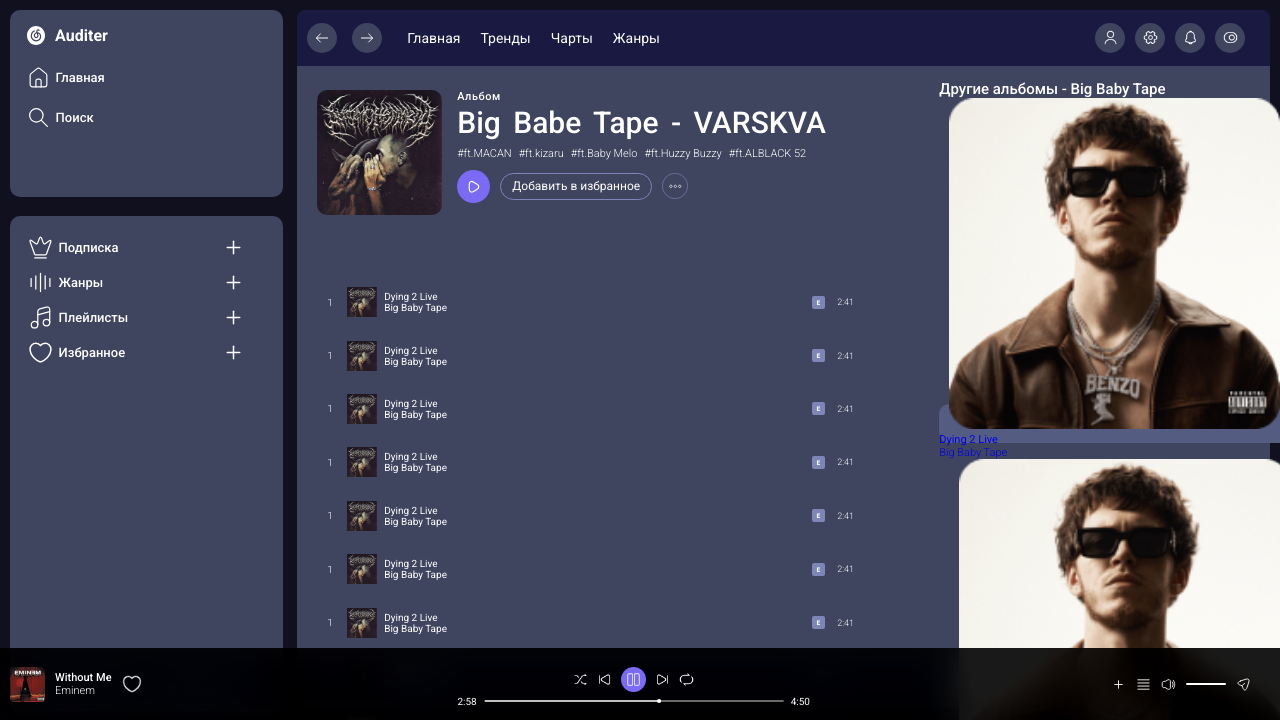
Repository: MaksimKrupkin/music_app
Page: /tracklist
The author's editor kept a copy of each file at every save. The page is drawn from the files as they stood at one save, then again after the next save.
The browser window is 1280 px wide. The pictures show the whole page.
The project was rebuilt for these pictures with package versions that can differ from the ones it lists, and the page was loaded fresh each time. Also part of the build but not shown: vite.config.ts, src/Pages/MainPage_demo/MainPage_demo.module.scss, src/Components/MainScreenDemo/MainScreenDemo.module.scss, src/Components/MainScreenHeaderDemo/MainScreenHeaderDemo.module.scss, src/Components/MainScreenHeaderDemo/MainScreenHeaderDemo.tsx, src/Components/MainScreenDemo/Charts/Charts.module.scss, src/Components/MainScreenDemo/Charts/Charts.tsx, src/Components/Card/Card.module.scss and 11 more.

Above is the page before, as saved 2024-02-26 12:23:26.

### index.html
<!DOCTYPE html>
<html lang="en">
  <head>
    <link rel="preconnect" href="https://fonts.googleapis.com" />
    <link rel="preconnect" href="https://fonts.gstatic.com" crossorigin />
    <link
      href="https://fonts.googleapis.com/css2?family=Roboto:ital,wght@0,100;0,300;0,400;0,500;0,700;0,900;1,100;1,300;1,400;1,500;1,700;1,900&display=swap"
      rel="stylesheet" />

    <meta charset="UTF-8" />
    <link rel="icon" type="image/svg+xml" href="/vite.svg" />
    <meta name="viewport" content="width=device-width, initial-scale=1.0" />
    <title>Auditer</title>
  </head>
  <body>
    <div id="root"></div>
    <script type="module" src="/src/main.tsx"></script>
  </body>
</html>

### src/App.tsx
import React from 'react';
import './App.scss';
import MainPage_demo from './Pages/MainPage_demo/MainPage_demo';
import Login from './Pages/Login/Login';
import { BrowserRouter, Routes, Route } from 'react-router-dom';
import Registration from './Pages/Registration/Registration';
import MainPage from './Pages/MainPage/MainPage';
import TrackList from './Pages/TrackList/TrackList';

function App() {
  return (
    <BrowserRouter>
      <Routes>
        <Route path="/user" element={<MainPage_demo />} />
        <Route path="/" element={<MainPage />} />
        <Route path="/tracklist" element={<TrackList />} />
        <Route path="/login" element={<Login />} />
        <Route path="/registration" element={<Registration />} />
      </Routes>
    </BrowserRouter>
  );
}

export default App;

### src/App.scss
* {
  margin: 0;
  padding: 0;
  border: 0;
  vertical-align: baseline;
  font-family: 'Roboto', sans-serif;
}
a,
a:link,
a:visited {
  text-decoration: none;
}
input:focus,
input:active,
button:focus,
button:active {
  outline: none;
}
#root {
  overflow-y: auto;
}

### src/Pages/TrackList/TrackList.tsx
import React from 'react';
import styles from './TrackList.module.scss';
import HigherSidebar from '../../Components/HigherSidebar/HigherSidebar';
import LowerSidebar from '../../Components/LowerSidebar/LowerSidebar';
import MainScreen from '../../Components/MainScreen/MainScreen';
import Playbar from '../../Components/Playbar/Playbar';
import TrackListScreen from '../../Components/TrackListScreen/TrackListScreen';

export default function TrackList() {
  return (
    <div className={styles.app_wrapper}>
      <div className={styles.wrapper}>
        <HigherSidebar />
        <LowerSidebar />
        <TrackListScreen />
        <Playbar />
      </div>
    </div>
  );
}

### src/Components/HigherSidebar/HigherSidebar.tsx
import React from 'react';
import styles from './HigherSidebar.module.scss';
import logo from '../../assets/img/logo.svg';
import home from '../../assets/img/home.svg';
import search from '../../assets/img/Search.svg';

export default function HigherSidebar() {
  return (
    <aside className={styles.higherSidebar}>
      <div className={styles.logo_wrapper}>
        <img className={styles.logo} src={logo} alt="Лого" />
        <strong className={styles.logo_text}>Auditer</strong>
      </div>
      <a className={styles.link_wrapper}>
        <img className={styles.img} src={home} alt="" />
        <span className={styles.text}>Главная</span>
      </a>
      <a className={styles.link_wrapper}>
        <img className={styles.img} src={search} alt="" />
        <span className={styles.text}>Поиск</span>
      </a>
    </aside>
  );
}

### src/Components/LowerSidebar/LowerSidebar.tsx
import React from 'react';
import styles from './LowerSidebar.module.scss';
import subscribe from '../../assets/img/subscribe.svg';
import plus from '../../assets/img/add.svg';
import genres from '../../assets/img/genres.svg';
import cookie from '../../assets/img/cookie.svg';
import language from '../../assets/img/language.svg';
import playlists from '../../assets/img/playlists.svg';
import favorites from '../../assets/img/favorite.svg';

export default function LowerSidebar() {
  return (
    <aside className={styles.lowerSidebar}>
      <div className={styles.link_wrapper}>
        <img className={styles.img} src={subscribe} alt="" />
        <span className={styles.text}>Подписка</span>
        <div className={styles.plus_wrapper}>
          <img className={styles.plus} src={plus} alt="" />
        </div>
      </div>
      <div className={styles.link_wrapper}>
        <img className={styles.img} src={genres} alt="" />
        <span className={styles.text}>Жанры</span>
        <div className={styles.plus_wrapper}>
          <img className={styles.plus} src={plus} alt="" />
        </div>
      </div>
      <div className={styles.link_wrapper}>
        <img className={styles.img} src={playlists} alt="" />
        <span className={styles.text}>Плейлисты</span>
        <div className={styles.plus_wrapper}>
          <img className={styles.plus} src={plus} alt="" />
        </div>
      </div>
      <div className={styles.link_wrapper}>
        <img className={styles.img} src={favorites} alt="" />
        <span className={styles.text}>Избранное</span>
        <div className={styles.plus_wrapper}>
          <img className={styles.plus} src={plus} alt="" />
        </div>
      </div>
      <div className={styles.bottom_elements}>
        <div className={styles.cookies_wrapper}>
          <img className={styles.img} src={cookie} alt="" />
          <span className={styles.text}>Файлы cookie</span>
        </div>
        <div className={styles.language_wrapper}>
          <img className={styles.img} src={language} alt="" />
          <span className={styles.text}>Русский</span>
        </div>
      </div>
    </aside>
  );
}

### src/Components/Playbar/Playbar.tsx
import React from 'react';
import styles from './Playbar.module.scss';
import cover from '../../assets/img/cover.png';
import like from '../../assets/img/like.png';
import mix from '../../assets/img/mix.png';
import prev from '../../assets/img/prev.png';
import pause from '../../assets/img/pause.png';
import next from '../../assets/img/next.png';
import repeat from '../../assets/img/repeat.png';
import trackLine from '../../assets/img/trackLine.svg';
import add from '../../assets/img/add.svg';
import text from '../../assets/img/text.svg';
import volume from '../../assets/img/volume.svg';
import volumeBar from '../../assets/img/volumeBar.svg';
import send from '../../assets/img/send.svg';

export default function Playbar() {
  return (
    <div className={styles.wrapper}>
      <div className={styles.left_wrapper}>
        <img className={styles.image} src={cover} alt="" />
        <div className={styles.info}>
          <div className={styles.title}>Without Me</div>
          <div className={styles.author}>Eminem</div>
        </div>
        <img className={styles.like} src={like} alt="" />
      </div>
      <div className={styles.center_wrapper}>
        <div className={styles.top}>
          <img className={styles.image} src={mix} alt="" />
          <img className={styles.image} src={prev} alt="" />
          <img className={styles.image} src={pause} alt="" />
          <img className={styles.image} src={next} alt="" />
          <img className={styles.image} src={repeat} alt="" />
        </div>
        <div className={styles.bottom}>
          <span className={styles.time}>2:58</span>
          <img className={styles.trackLine} src={trackLine} alt="" />
          <span className={styles.time}>4:50</span>
        </div>
      </div>
      <div className={styles.right_wrapper}>
        <img className={styles.image} src={add} alt="" />
        <img className={styles.image} src={text} alt="" />
        <img className={styles.image} src={volume} alt="" />
        <img className={styles.volumeBar} src={volumeBar} alt="" />
        <img className={styles.image} src={send} alt="" />
      </div>
    </div>
  );
}

### src/Pages/TrackList/TrackList.module.scss
.app_wrapper {
  background-color: #10101e;
  height: 100vh; /* Растягиваем контейнер на всю высоту окна */
  overflow-y: auto;
}

.wrapper {
  box-sizing: border-box;
  width: 100vw;
  min-height: 100vh; /* Минимальная высота равна высоте видимой области окна браузера */
  background-color: #10101e;
  color: white;
  overflow-y: auto;
  overflow-y: auto;
}

### src/Components/TrackListScreen/TrackListScreen.tsx
import React from 'react';
import styles from './TrackListScreen.module.scss';
import MainScreenHeader from '../MainScreenHeader/MainScreenHeader';
import albom from '../../assets/img/albom4.jpg';
import play from '../../assets/img/play.svg';
import elseImg from '../../assets/img/else.svg';
import Track from './Track/Track';
import Cards from '../../Components/Cards/Cards';

export default function TrackListScreen() {
  return (
    <main className={styles.main}>
      <MainScreenHeader />
      <div className={styles.left_wrapper}>
        <div className={styles.top}>
          <img className={styles.cover} src={albom} alt="" />
          <span className={styles.type}>Альбом</span>
          <strong className={styles.info}>Big Babe Tape - VARSKVA</strong>
          <div className={styles.fits}>
            <span className={styles.fit_author}>#ft.MACAN</span>
            <span className={styles.fit_author}>#ft.kizaru</span>
            <span className={styles.fit_author}>#ft.Baby Melo</span>
            <span className={styles.fit_author}>#ft.Huzzy Buzzy</span>
            <span className={styles.fit_author}>#ft.ALBLACK 52</span>
          </div>
          <div className={styles.buttons}>
            <img className={styles.play_image} src={play} alt="" />
            <div className={styles.toFavorite_wrapper}>
              <div className={styles.toFavorite}>Добавить в избранное</div>
            </div>
            <img className={styles.elseImg} src={elseImg} alt="" />
          </div>
        </div>
        <div className={styles.trackList_wrapper}>
          <Track />
          <Track />
          <Track />
          <Track />
          <Track />
          <Track />
          <Track />
          <Track />
          <Track />
        </div>
      </div>

      <div className={styles.right_wrapper}>
        <h2 className={styles.title}>Другие альбомы - Big Baby Tape</h2>
        <div className={styles.cards_wrapper}>
          <Cards />
          <Cards />
          <Cards />
          <Cards />

          <div className={styles.button_wrapper}>
            <div className={styles.button}>Смотреть всё</div>
          </div>
        </div>
      </div>
    </main>
  );
}

### src/Components/HigherSidebar/HigherSidebar.module.scss
.higherSidebar {
  position: fixed;
  top: 0;
  box-sizing: border-box;
  display: flex;
  flex-direction: column;
  align-items: start;
  gap: 15px;
  width: 21.3%;
  height: 26%;
  margin: 10px;
  border-radius: 10px;
  background-color: #3f445f;
  padding-top: 16px;
  padding-left: 18.6px;
}

.logo_wrapper {
  box-sizing: border-box;
  margin-left: -2px;
  display: flex;
  flex-direction: row;
  justify-content: space-between;
  gap: 5px;
  align-items: center;
  width: 32%;
  margin-bottom: 5px;
}
.logo {
  width: 18.63px;
  height: 18.63px;
}
.logo_text {
  color: #fff;
  font-size: 16px;
  font-style: normal;
  font-weight: 600;
  line-height: normal;
}
.link_wrapper {
  margin-left: -3px;
  display: flex;
  align-items: center;
  gap: 5px;
  cursor: pointer;
  .img {
    width: 25px;
    height: 25px;
  }
  .text {
    font-size: 13px;
    font-weight: 500;
    transition: all 0.2s ease-in;
  }
  .text:hover {
    color: rgb(205, 205, 226);
  }
}

### src/Components/LowerSidebar/LowerSidebar.module.scss
.lowerSidebar {
  position: fixed;
  top: 30%;
  box-sizing: border-box;
  display: flex;
  flex-direction: column;
  align-items: space-between;
  gap: 5px;
  width: 21.3%;
  height: 69%;
  margin: 10px;
  margin-top: 0;
  border-radius: 10px;
  background-color: #3f445f;
  padding-top: 16px;
  padding-left: 20.6px;
  padding-right: 18.6px;
}
.link_wrapper {
  margin-left: -3px;
  display: flex;
  align-items: center;
  gap: 5px;
  cursor: pointer;
  .img {
    width: 25px;
    height: 25px;
  }
  .text {
    font-size: 13px;
    font-weight: 500;
    transition: all 0.2s ease-in;
    width: 155px;
    margin-left: 1px;
  }
  .text:hover {
    color: rgb(205, 205, 226);
  }
  .plus_wrapper {
    display: flex;
    align-items: center;
    justify-content: center;
    width: 30px;
    height: 30px;
    border-radius: 50%;
    transition: all 0.2s ease-in-out;
    .plus {
      margin: 0;
      padding: 0;
      width: 25px;
      height: 25px;
      border-radius: 50%;
    }
  }
  .plus_wrapper:hover {
    background-color: #484d69;
  }
}

.bottom_elements {
  position: inherit;
  bottom: 15px;
  left: 25px;
  display: flex;
  align-items: center;
  gap: 20px;
  .cookies_wrapper {
    border: 1.5px solid #7d86b6;
    border-radius: 25px;
    padding: 5px;
    width: 100px;
    height: 20px;
    display: flex;
    justify-content: center;
    gap: 5px;
    align-items: center;
    transition: all 0.2s ease-out;
    cursor: pointer;
  }
  .cookies_wrapper:hover {
    border: 1.5px solid white;
  }
  .language_wrapper {
    border: 1.5px solid #7d86b6;
    border-radius: 25px;
    padding: 5px;
    width: 70px;
    height: 20px;
    display: flex;
    gap: 5px;
    align-items: center;
    justify-content: center;
    transition: all 0.2s ease-out;
    cursor: pointer;
  }
  .language_wrapper:hover {
    border: 1.5px solid white;
  }
  .img {
    width: 15px;
  }
  .text {
    font-size: 12px;
  }
}

### src/Components/MainScreenHeader/MainScreenHeader.tsx
import React from 'react';
import styles from './MainScreenHeader.module.scss';
import leftArrow from '../../assets/img/leftArrow.svg';
import rightArrow from '../../assets/img/rightArrow.svg';
import { Link } from 'react-router-dom';
import user from '../../assets/img/user.png';
import setting from '../../assets/img/setting.png';
import notification from '../../assets/img/notification.png';
import eye from '../../assets/img/eye.png';

export default function MainScreenHeader() {
  return (
    <header className={styles.header}>
      <div className={styles.arrows}>
        <div className={styles.wrapper}>
          <img src={leftArrow} className={styles.arrow} alt="" />
        </div>
        <div className={styles.wrapper}>
          <img className={styles.arrow} src={rightArrow} alt="" />
        </div>
      </div>
      <nav className={styles.navigation}>
        <ul>
          <li>
            <a className={styles.link}>Главная</a>
          </li>
          <li>
            <a className={styles.link}>Тренды</a>
          </li>
          <li>
            <a className={styles.link}>Чарты</a>
          </li>
          <li>
            <a className={styles.link}>Жанры</a>
          </li>
        </ul>
      </nav>
      <div className={styles.buttons}>
        <Link to="" className={styles.link_wrapper}>
          <img className={styles.image} src={user} alt="" />
        </Link>
        <Link to="" className={styles.link_wrapper}>
          <img className={styles.image} src={setting} alt="" />
        </Link>
        <Link to="" className={styles.link_wrapper}>
          <img className={styles.image} src={notification} alt="" />
        </Link>
        <Link to="" className={styles.link_wrapper}>
          <img className={styles.image} src={eye} alt="" />
        </Link>
      </div>
    </header>
  );
}

### src/Components/Playbar/Playbar.module.scss
.wrapper {
  box-sizing: border-box;
  position: fixed;
  bottom: 0;
  width: 100%;
  padding-left: 10px;
  padding-right: 10px;
  height: 10%;
  background: rgba(0, 0, 0, 0.9);
  backdrop-filter: blur(20px) contrast(200%);

  display: flex;
  align-items: center;
  .left_wrapper {
    display: flex;
    align-items: center;
    width: 33%;
    gap: 10px;
    .image {
      width: 35px;
      height: 35px;

      border-radius: 1px;
    }
    .info {
      font-size: 11px;
      .title {
        font-weight: 500;
      }
      .author {
        font-weight: 300;
      }
    }
    .like {
      width: 20px;
      cursor: pointer;
    }
  }
  .center_wrapper {
    width: 33%;
    display: flex;
    flex-direction: column;
    align-items: center;
    .top {
      margin-top: 5px;
      display: flex;
      align-items: center;
      gap: 9px;
      .image {
        width: 15px;
        cursor: pointer;
      }
      .image:nth-child(3) {
        width: 25px;
      }
    }
    .bottom {
      margin-top: 4px;
      display: flex;
      align-items: center;
      gap: 7px;
      .trackLine {
        width: 300px;
        cursor: pointer;
      }
      .time {
        font-size: 10px;
      }
    }
  }
  .right_wrapper {
    box-sizing: border-box;
    width: 32.5%;
    display: flex;

    align-items: center;
    justify-content: flex-end;
    gap: 10px;
    .image {
      width: 15px;
      cursor: pointer;
    }
    .volumeBar {
      width: 40px;
      cursor: pointer;
    }
  }
}

### src/Components/TrackListScreen/TrackListScreen.module.scss
.main {
  position: relative;
  box-sizing: border-box;
  position: fixed;
  top: 0;
  right: 0;
  margin: 10px;
  background-color: #3f445f;
  width: 76%;
  height: 97%;
  border-radius: 10px;
}
.left_wrapper {
  position: absolute;
  top: 10%;
  left: 0;
  box-sizing: border-box;
  width: 65%;
  padding-left: 20px;
  padding-top: 10px;
}
.top {
  position: relative;
  height: 26vh;
  .cover {
    width: 125px;
    border-radius: 10px;
    position: absolute;
    left: 0;
    top: 0;
  }
  .type {
    position: absolute;
    left: 140px;
    top: 0;
    font-size: 11px;
    font-weight: 500;
    letter-spacing: 0.5px;
  }
  .info {
    position: absolute;
    left: 140px;
    top: 15px;
    font-size: 30px;
    font-weight: 500;
    word-spacing: 5px;
  }
  .fits {
    position: absolute;
    left: 140px;
    top: 57px;
    display: flex;
    align-items: center;
    gap: 7px;
    .fit_author {
      font-size: 11px;
      font-weight: 300;
    }
  }
  .buttons {
    position: absolute;
    left: 140px;
    top: 80px;
    display: flex;
    align-items: center;
    gap: 10px;
    .play_image {
      width: 33px;
      cursor: pointer;
    }
    .toFavorite_wrapper {
      display: flex;
      align-items: center;
      justify-content: center;
      width: 150px;
      height: 25px;
      border: 1px solid #7d86b6;
      border-radius: 15px;
      cursor: pointer;
      .toFavorite {
        font-size: 12px;
        font-weight: 400;
      }
    }
    .elseImg {
      width: 26px;
      cursor: pointer;
    }
  }
}
.trackList_wrapper {
  width: 100%;
  display: flex;
  flex-direction: column;
  align-items: center;
  gap: 3px;
}
.right_wrapper {
  position: absolute;
  top: 10%;
  left: 66%;
  width: 34%;

  .title {
    font-size: 15px;
    font-weight: 500;
  }
}

### src/Components/TrackListScreen/Track/Track.tsx
import React from 'react';
import styles from './Track.module.scss';
import adults from '../../../assets/img/18+.svg';
import albom from '../../../assets/img/albom4.jpg';
import play from '../../../assets/img/play2.svg';
import like from '../../../assets/img/like.svg';
import more from '../../../assets/img/more.svg';

export default function Track() {
  return (
    <div className={styles.track_wrapper}>
      <div className={styles.number}>1</div>
      <img className={styles.play} src={play} alt="" />
      <img className={styles.cover} src={albom} alt="" />
      <div className={styles.info}>
        <span className={styles.title}>Dying 2 Live</span>
        <span className={styles.author}>Big Baby Tape</span>
      </div>
      <img className={styles.like} src={like} alt="" />
      <img className={styles.forAdults_image} src={adults} alt="" />
      <span className={styles.duration}>2:41</span>
      <img src={more} className={styles.more} alt="" />
    </div>
  );
}

### src/Components/Cards/Cards.tsx
import React from 'react';
import styles from './Cards.module.scss';
import image1 from '../../assets/img/albomImage.png';
import play from '../../assets/img/play.svg';
import { Link } from 'react-router-dom';

export default function Cards() {
  return (
    <>
      <Link to="/tracklist" className={styles.card}>
        <img className={styles.image} src={image1} alt="" />
        <div className={styles.info}>
          <span className={styles.title}>Dying 2 Live</span>
          <span className={styles.author}>Big Baby Tape</span>
        </div>
        <div className={styles.play_wrapper}>
          <img src={play} className={styles.play} alt="" />
        </div>
      </Link>
    </>
  );
}

### src/Components/MainScreenHeader/MainScreenHeader.module.scss
.header {
  position: sticky;
  top: 0;
  z-index: 1000;
  box-sizing: border-box;
  width: 100%;
  height: 8%;
  border-top-right-radius: 8px;
  border-top-left-radius: 8px;
  background-color: #191941;
  display: flex;
  align-items: center;
  padding: 5px;
  padding-left: 10px;
  margin-bottom: 5px;
}
.arrows {
  width: 75px;
  display: flex;
  align-items: center;
  justify-content: space-between;
  .wrapper {
    width: 30px;
    height: 30px;
    border-radius: 50%;
    background-color: #3f445f;
    display: flex;
    justify-content: center;
    align-items: center;
    transition: all 0.2s ease-in;
  }
  .wrapper:hover {
    background-color: #4a4f6c;
  }
  .arrow {
    width: 16px;
  }
}

.navigation {
  width: 500px;
  display: flex;
  align-items: center;
  margin-left: 25px;
  ul {
    list-style-type: none;
    display: flex;
    align-items: center;
    gap: 20px;
  }
  .link {
    font-size: 14px;
    cursor: pointer;
    transition: all 0.2s ease-in;
  }
  .link:hover {
    color: rgb(224, 217, 217);
  }
}

.buttons {
  display: flex;
  align-items: center;
  gap: 10px;
  position: absolute;
  right: 25px;
  .link_wrapper {
    width: 30px;
    height: 30px;
    border-radius: 50%;
    background-color: #3f445f;
    display: flex;
    justify-content: center;
    align-items: center;
    transition: all 0.2s ease-in;
  }

  .link_wrapper:hover {
    background-color: #555a78;
  }
  .image {
    width: 15px;
  }
}

### src/Components/TrackListScreen/Track/Track.module.scss
.track_wrapper {
  position: relative;
  width: 100%;
  height: 7vh;
  box-sizing: border-box;
  border-radius: 10px;
  display: flex;
  align-items: center;
  transition: all 0.1s ease-out;
  padding: 1px;
  cursor: pointer;

  .number {
    position: absolute;
    left: 0;
    display: block;
    width: 11px;
    margin-left: 10px;
    margin-right: 10px;
    font-size: 10px;
    font-weight: 300;
  }
  .play {
    position: absolute;
    left: 0;
    display: none;
  }
  .cover {
    position: absolute;
    left: 30px;
    width: 30px;
  }
  .info {
    position: absolute;
    left: 60px;
    margin-left: 7px;
    display: flex;
    flex-direction: column;
    width: 150px;
  }
  .title {
    font-size: 10px;
  }
  .author {
    font-size: 10px;
  }
  .like {
    position: absolute;
    left: 470px;
    display: none;
    width: 14px;
  }
  .forAdults_image {
    position: absolute;
    left: 495px;
    width: 13px;
  }
  .duration {
    position: absolute;
    left: 520px;
    font-size: 9px;
    font-weight: 300;
  }
  .more {
    position: absolute;
    left: 545px;
    width: 15px;
    display: none;
  }
}

.track_wrapper:hover {
  border: 1px solid #7d86b6;
  .play {
    display: block;
    width: 11px;
    margin-right: 10px;
    margin-left: 10px;
  }
  .number {
    display: none;
  }
  .like {
    display: block;
  }
  .more {
    display: block;
  }
}

### src/Components/Cards/Cards.module.scss
.card {
  position: relative;
  box-sizing: border-box;
  width: 139px;
  padding: 10px;

  height: 163px;
  background-color: #555c82;
  border-radius: 10px;
  transition: all 0.2s ease-in-out;
  cursor: pointer;

  .image {
    width: 100%;
    border-radius: 10px;
  }
  .info {
    display: flex;
    flex-direction: column;
  }
  .title {
    font-size: 11px;
    font-weight: 400;
  }
  .author {
    font-size: 11px;
    font-weight: 300;
  }
  .play_wrapper {
    position: absolute;
    bottom: 5px;
    right: 10px;
    width: 26px;
    height: 26px;
    background-color: #7a6af4;
    border-radius: 50%;
    display: flex;
    align-items: center;
    justify-content: center;
    transition: all 0.2s ease-in-out;
  }
  .play {
    width: 13px;
  }

  &:hover {
    background-color: #636b9b;
    .play_wrapper {
      background-color: #6757dd;
    }
  }
}

Loaded but not shown: src/main.tsx (common file)

After the next save:
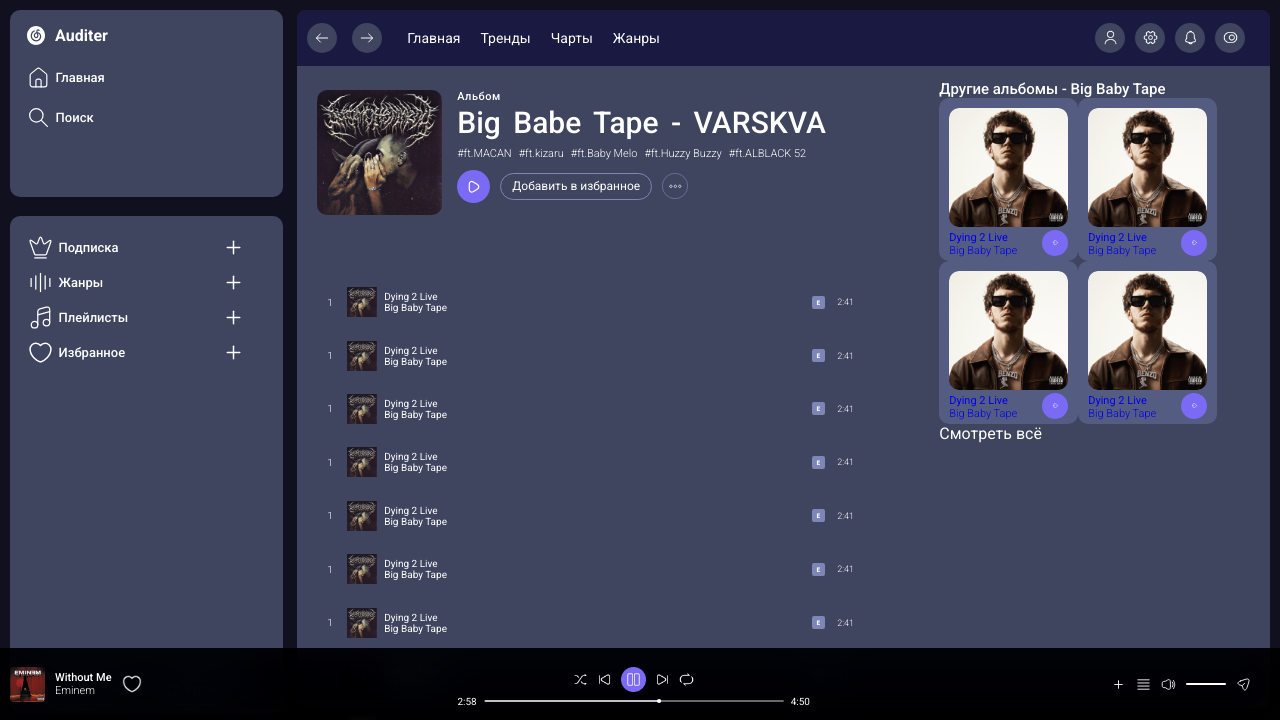
Saved 23 s later.
--- a/src/Components/TrackListScreen/TrackListScreen.module.scss
+++ b/src/Components/TrackListScreen/TrackListScreen.module.scss
@@ -105,4 +105,8 @@
     font-size: 15px;
     font-weight: 500;
   }
+  .cards_wrapper {
+    display: flex;
+    flex-wrap: wrap;
+  }
 }
